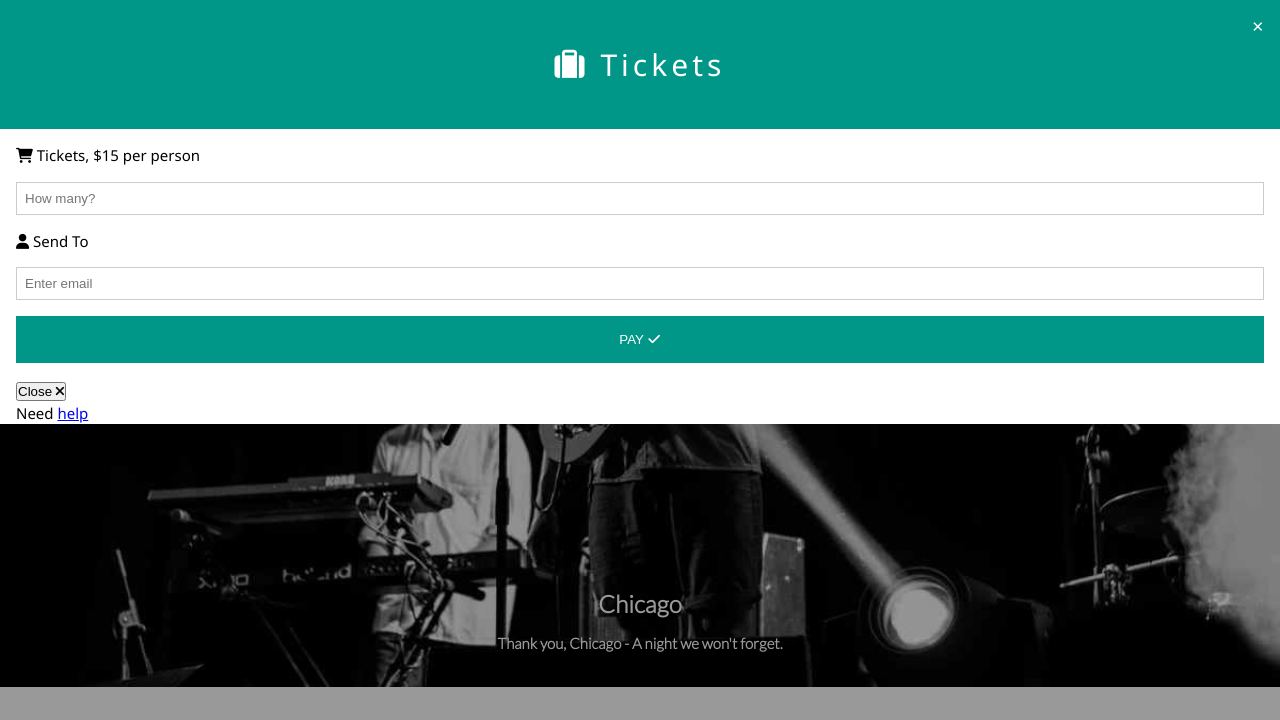
Repository: vanmanhAI/project-03-w3
Page: index.html
The author's editor kept a copy of each file at every save. The page is drawn from the files as they stood at one save, then again after the next save.
The browser window is 1280 px wide. The pictures show the window.
A layer covers the whole window, so only the first screen is drawn. Some web libraries are served in a nearby version.

Above is the page before, as saved 2022-07-11 16:46:37.

After the next save:
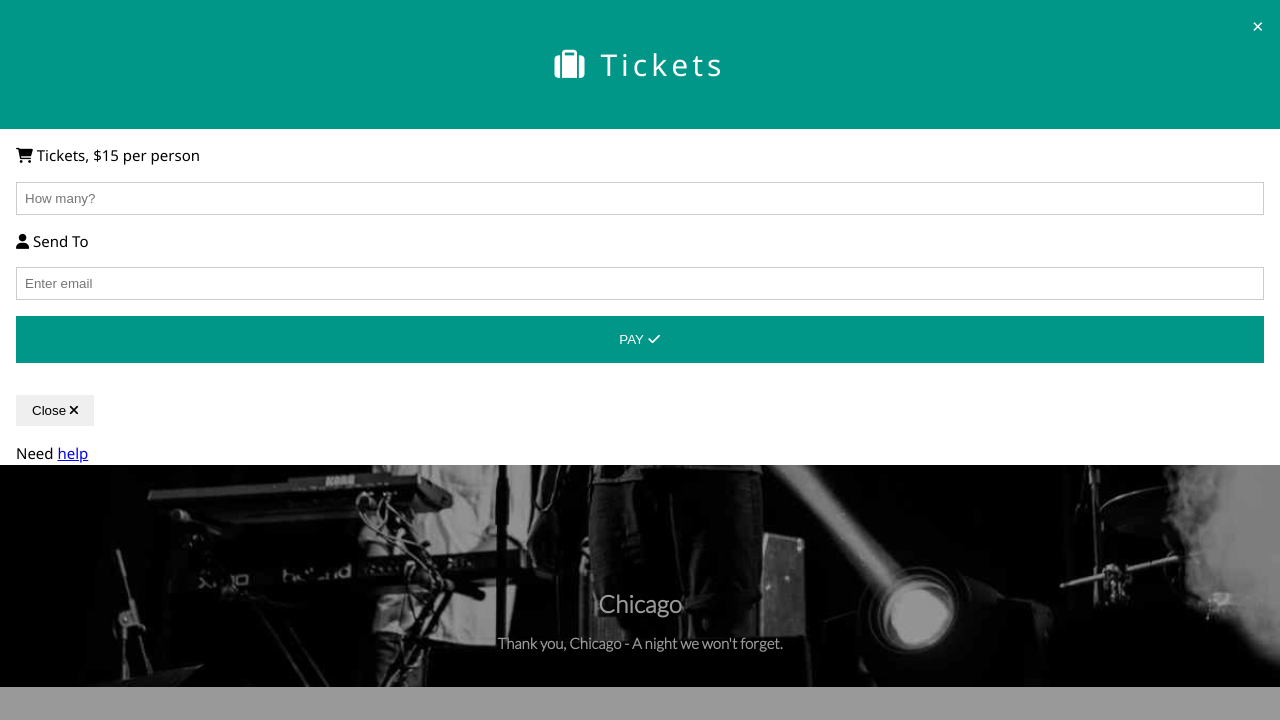
Saved 28 s later.
--- a/assets/css/style.css
+++ b/assets/css/style.css
@@ -332,7 +332,7 @@ html {
     color: #fff;
     text-align: center;
 }
-.modal .modal-containe .modal-btn-close {
+.modal .modal-container .modal-btn-close {
     display: inline-block;
     border: none;
     margin: 1.6rem 0;
